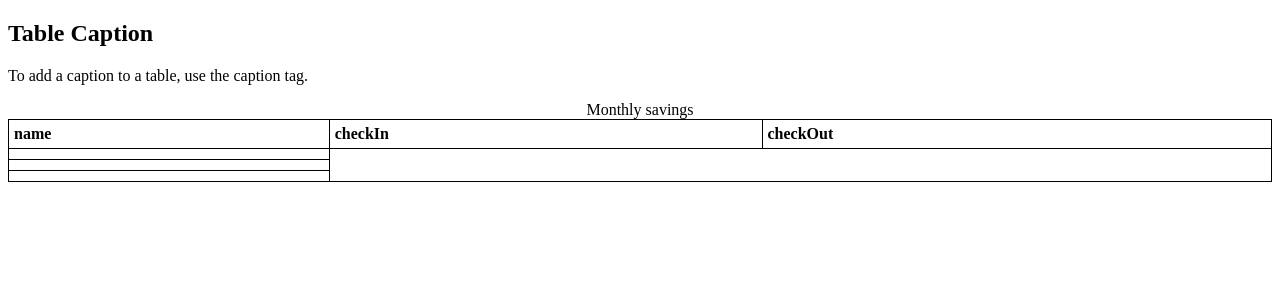
Repository: marianatudo/trabajo-final-progra-2
Page: templates/myReservations.html
An editor plug-in stored every save of this project. The page is shown before and after the next save, followed by the edit.
The browser window is 1280 px wide. The pictures show the whole page.

Above is the page before, as saved 2021-03-23 15:56:29.

After the next save:
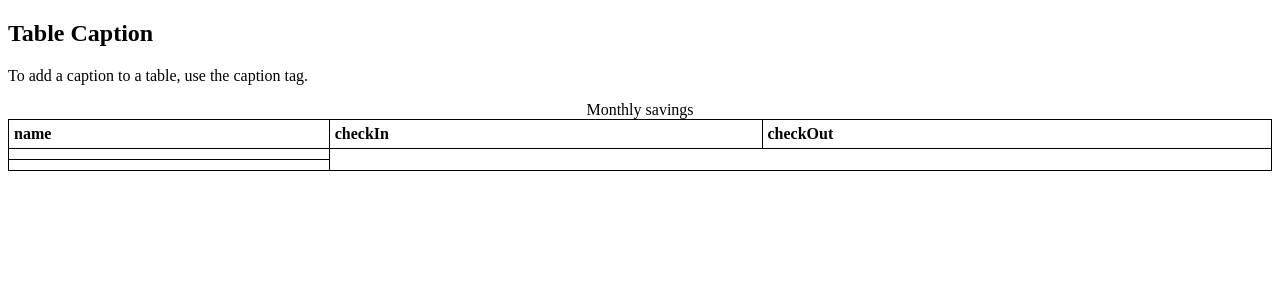
Saved 17 s later.
--- a/templates/myReservations.html
+++ b/templates/myReservations.html
@@ -30,8 +30,7 @@
             <th>checkIn</th>
             <th>checkOut</th>
         </tr>
-        <tr>
-            <th id="nameM"></th>
+        <tr id="nameM">
 
         </tr>
         <tr>
